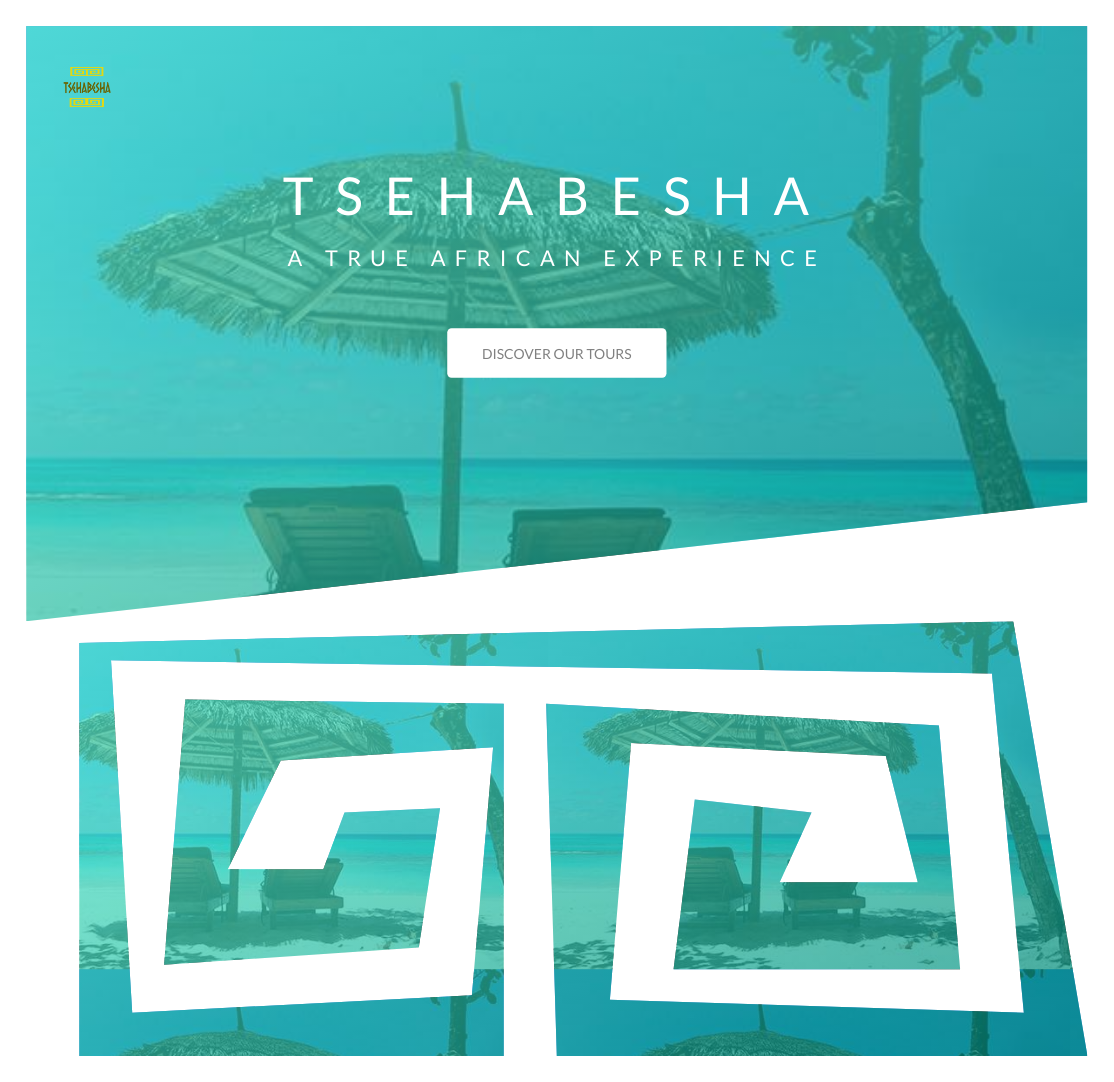
Repository: Azariagmt/tour-and-travel
Page: index.html
The author's editor kept a copy of each file at every save. The page is drawn from the files as they stood at one save, then again after a run of saves.
The browser window is 1280 px wide. The pictures show the whole page, at 87% of full size.

Above is the page before, as saved 2020-03-25 09:38:30.

### index.html
<!DOCTYPE html>
<!--[if lt IE 7]>      <html class="no-js lt-ie9 lt-ie8 lt-ie7"> <![endif]-->
<!--[if IE 7]>         <html class="no-js lt-ie9 lt-ie8"> <![endif]-->
<!--[if IE 8]>         <html class="no-js lt-ie9"> <![endif]-->
<!--[if gt IE 8]><!--> <html class="no-js"> <!--<![endif]-->
    <head>
        <meta charset="utf-8">
        <meta http-equiv="X-UA-Compatible" content="IE=edge">
        <title></title>
        <meta name="description" content="">
        <meta name="viewport" content="width=device-width, initial-scale=1">
        <link href="https://fonts.googleapis.com/css?family=Lato&display=swap" rel="stylesheet">
        <link rel="stylesheet" href="css/style.css">
    </head>
    <body>
        <!--[if lt IE 7]>
            <p class="browsehappy">You are using an <strong>outdated</strong> browser. Please <a href="#">upgrade your browser</a> to improve your experience.</p>
        <![endif]-->
        <header class="header">
            <div class="logo-box">
                <img src="img/tsehabesha-logo.png" alt="Logo" class="logo">
            </div>
            <div class="text-box">
                <h1 class="heading-primary">
                    <span class="heading-primary-main">
                        tsehabesha
                    </span>
                    <span class="heading-primary-sub">
                        a true african experience
                    </span>
                </h1>
                <a href="#" class="btn btn-white">Discover our tours</a>
            </div>
        </header>
        <div class="logo-clip">

            </div>
        <script src="" async defer></script>
    </body>
</html>

### css/style.css
* {
  margin: 0;
  padding: 0;
  box-sizing: border-box;
}

body {
  font-family: "Lato", sans-serif;
  font-weight: 400;
  font-size: 16px;
  line-height: 1.7;
  color: #777777;
  padding: 30px;
}

.header {
  height: 95vh;
  background-image: linear-gradient(to right bottom, #64ffdbb9, #00897bb9),
    url(../img/2.jpg);
  background-size: cover;
  background-position: top;
  clip-path: polygon(0 0, 100% 0, 100% 80%, 0% 100%);
  position: relative;
}

.logo-box {
  position: absolute;
  top: 40px;
  left: 40px;
}

.logo {
  height: 60px;
}

.text-box {
  position: absolute;
  top: 40%;
  left: 50%;
  transform: translate(-50%,-50%);
  text-align: center;
}
.heading-primary {
  color: white;
  text-transform: uppercase;
  backface-visibility: hidden;
  margin-bottom: 60px;
  /* line-height: 95vh; */
}

.heading-primary-main {
  display: block;
  font-size: 60px;
  font-weight: 400;
  letter-spacing: 25px;
  animation: moveInLeft 1s ease-out;

}

.heading-primary-sub {
  display: block;
  font-size: 25px;
  font-weight: 500;
  letter-spacing: 10.7px;
  animation: moveInRight 1s ease-in;
}

@keyframes moveInLeft{
  0%{
opacity: 0;
transform: translateX(-100px);
  }
  80%{
    opacity: .8;
    transform: translateX(10px);
  }
  100%{
    opacity:1;
    transform: translate(0);
  }
}

@keyframes moveInRight{
  0%{
    opacity: 0;
    transform: translateX(100px);
  }
  80%{
    opacity: .8;
    transform: translate(-10px);
  }
  100%{
    opacity: 1;
    transform: translate(0);
  }
}

.btn:link, .btn:visited{
  text-transform: uppercase;
  text-decoration: none;
  display: inline-block;
  padding: 15px 40px;
  border-radius: 5px;
  transition: all .2s;
}

.btn:hover{
  transform: translateY(-3px);
  box-shadow: 0 10px 20px rgba(0,0,0,.2);
}

.btn:active{
  transform: translateY(-1px);
  box-shadow: 0 5px 10px rgba(0,0,0,.2);
}

.btn-white{
  background-color: white;
  color: grey;
}

.logo-clip{
  height: 500px;
  background-image: linear-gradient(to right bottom, #64ffdbb9, #00897bb9),
  url(../img/2.jpg);
  width:100%;
  background-clip: content-box;
  clip-path: polygon(
    45% 100%,      45% 19%,    15% 18%,
     13% 79%,      37% 75%,    39% 43%,
     30% 44%,     28% 57%,      19% 57%,
     24% 32%,       44% 29%,       42% 86%,
     10% 90%,       8% 9%,        91% 12%,
     94% 90%,         55% 87%,
     57% 28%,           81% 31%,
     84% 60%,           71% 60%,           74% 44%,
     63% 41%,
     61% 80%,          88% 80%,         86% 24%,
      49% 19%,       50% 100%,      100% 100%,
       93% 0,     5% 5%,        5% 100%);
      }

After the next 2 saves:
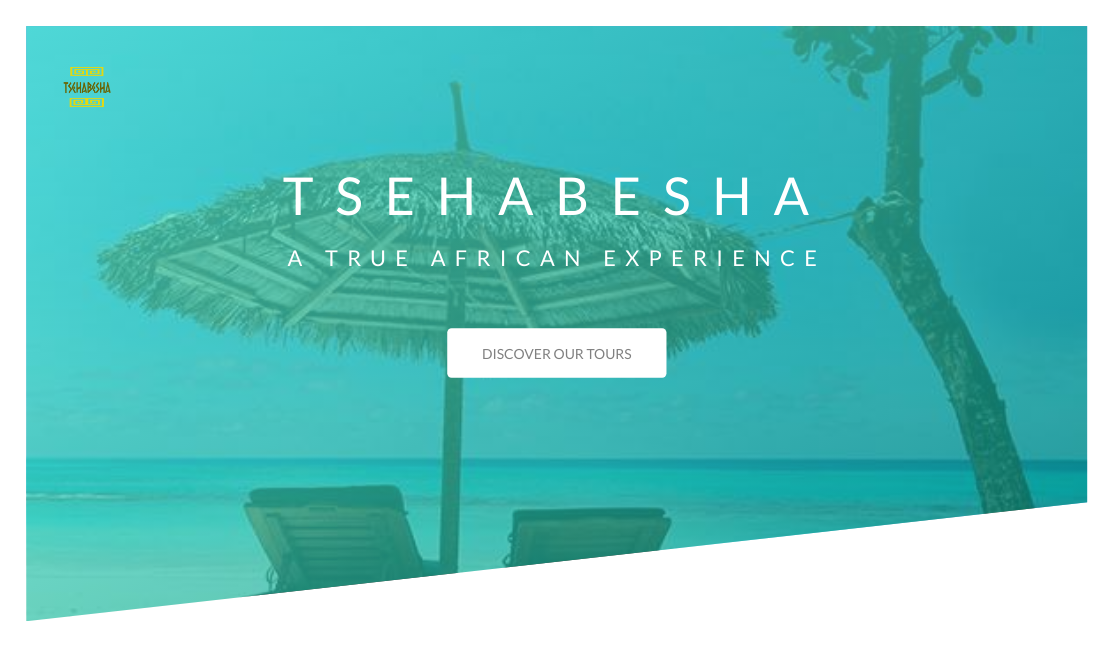
The 2 saves are shown as one change because they came seconds apart.
The last was saved 28 s later.
--- a/css/style.css
+++ b/css/style.css
@@ -119,6 +119,8 @@
   color: grey;
 }
 
+.btn
+
 .logo-clip{
   height: 500px;
   background-image: linear-gradient(to right bottom, #64ffdbb9, #00897bb9),

After the 2 saves that followed:
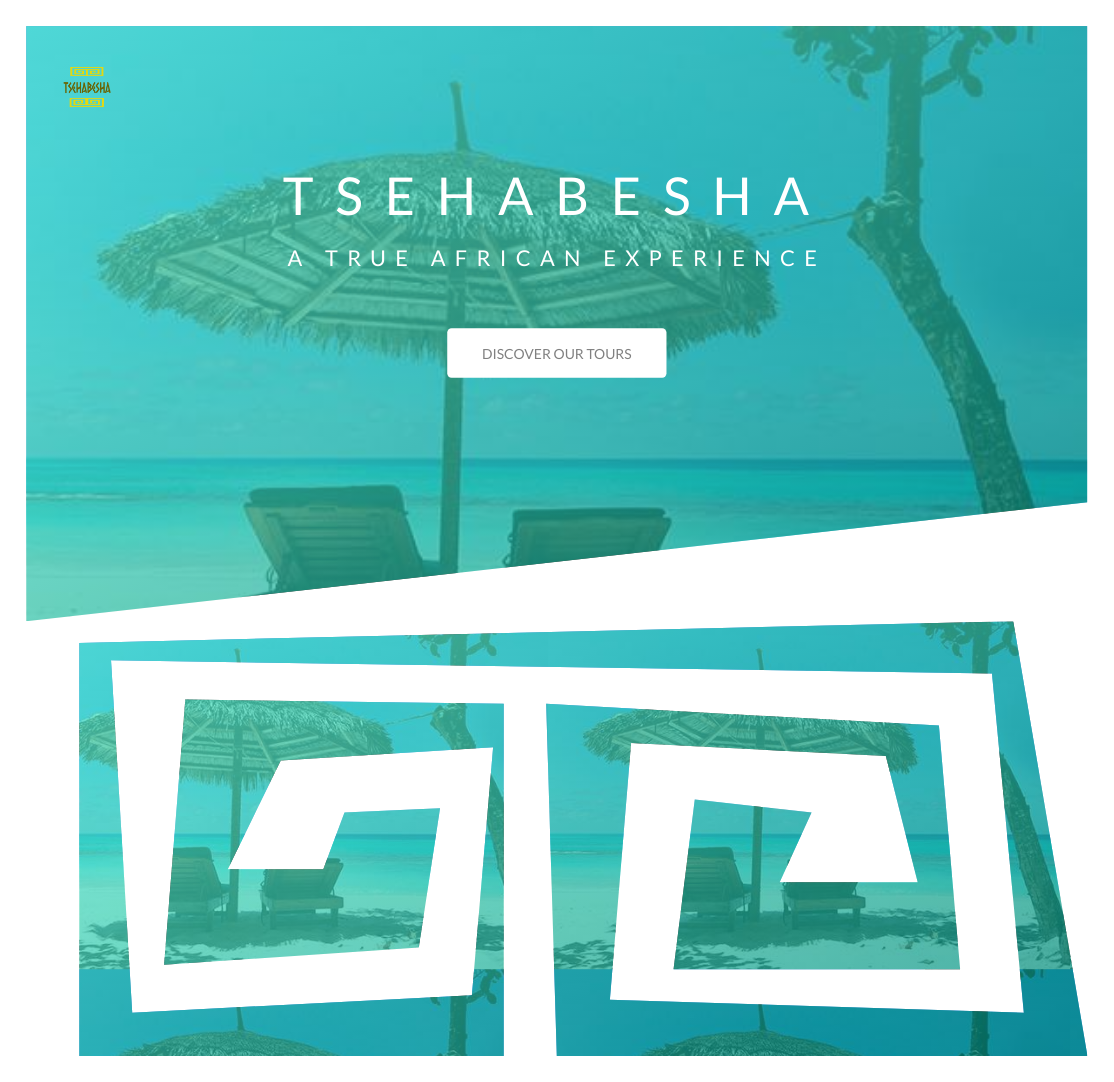
The 2 saves are shown as one change because they came seconds apart.
The last was saved 7 s later.
--- a/css/style.css
+++ b/css/style.css
@@ -119,7 +119,9 @@
   color: grey;
 }
 
-.btn
+.btn::after{
+
+}
 
 .logo-clip{
   height: 500px;
